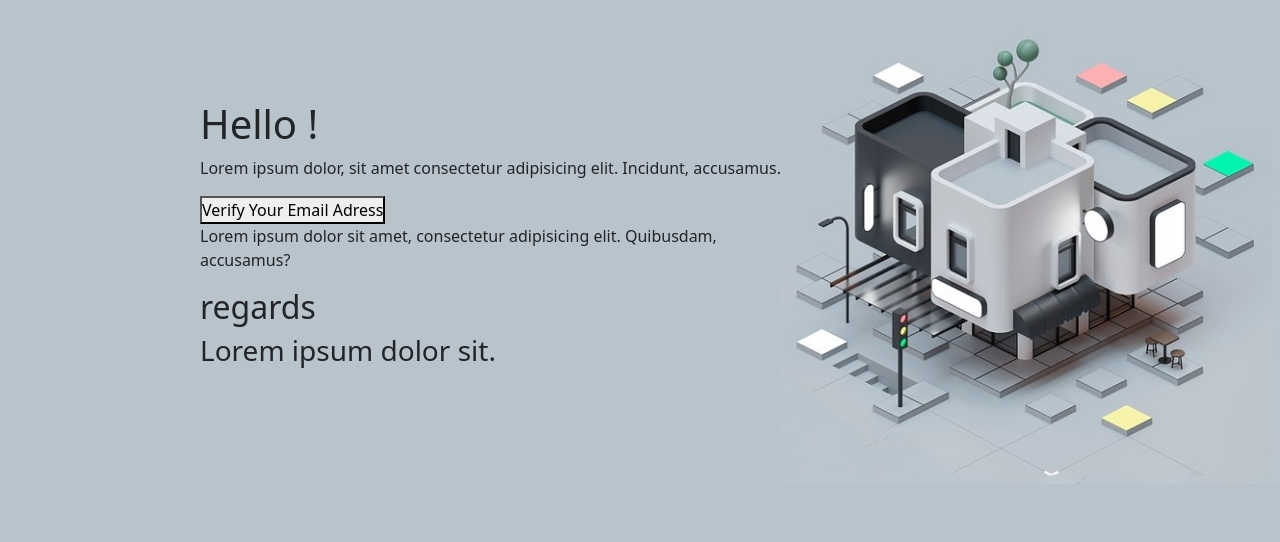
Repository: Aayush919/taskui
Page: index.html
These files come from the project's save history. The page is drawn as it stood at one moment and after a run of saves; the edit follows.
The browser window is 1280 px wide. The pictures show the whole page.

Above is the page before, as saved 2024-01-12 12:42:40.

### index.html
<!doctype html>
<html lang="en">

<head>
    <meta charset="utf-8">
    <meta name="viewport" content="width=device-width, initial-scale=1">
    <title>Bootstrap demo</title>
    <link href="https://cdn.jsdelivr.net/npm/bootstrap@5.3.2/dist/css/bootstrap.min.css" rel="stylesheet"
        integrity="sha384-T3c6CoIi6uLrA9TneNEoa7RxnatzjcDSCmG1MXxSR1GAsXEV/Dwwykc2MPK8M2HN" crossorigin="anonymous">
        <link rel="stylesheet" href="style.css">
</head>

<body>



    <div class="custom-bg">
        <div class="right">
          <div class="top">
            <h1>Hello !</h1>
            <p>Lorem ipsum dolor, sit amet consectetur adipisicing elit. Incidunt, accusamus.</p>
            <button>Verify Your Email Adress</button>
            <p>Lorem ipsum dolor sit amet, consectetur adipisicing elit. Quibusdam, accusamus?</p>
            <h2>regards</h2>
            <h3>Lorem ipsum dolor sit.</h3>
          </div>
        </div>
        <div class="left">
            <img src="./bg.jpg" alt="" class="img-fluid">
        </div>
    </div>

    <script src="https://cdn.jsdelivr.net/npm/bootstrap@5.3.2/dist/js/bootstrap.bundle.min.js"
        integrity="sha384-C6RzsynM9kWDrMNeT87bh95OGNyZPhcTNXj1NW7RuBCsyN/o0jlpcV8Qyq46cDfL"
        crossorigin="anonymous"></script>
</body>

</html>

<!-- -->

### style.css
*{
margin: 0;
padding: 0;
box-sizing: border-box;
}


html,body{
    height: 100%;
    width: 100%;

}

.custom-bg{
    background-color:#B9C3CC;
    height: 100%;
    width: 100%;
    display: flex;
    justify-content: space-between;


}

@media(max-width:667px){
    .custom-bg{
        flex-direction: column;
    }
}


.custom-bg .left img{
    right: 0px;

}



.right .top{
        margin-top: 100px;
        margin-left: 200px;
}

After the next 2 saves:
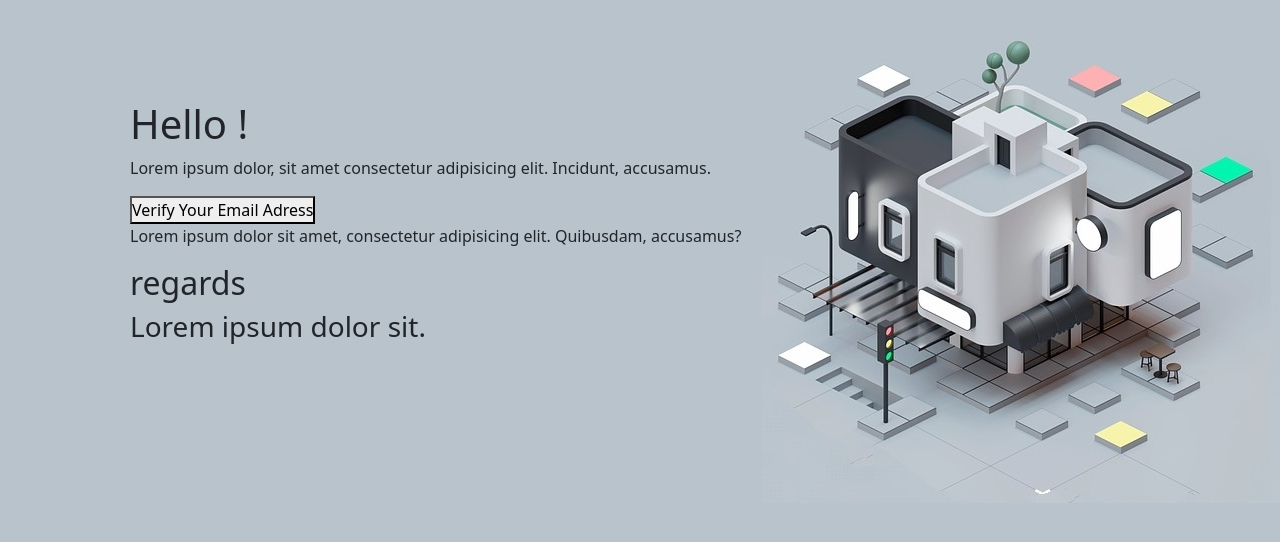
The 2 saves are shown as one change because they came seconds apart.
The last was saved 8 s later.
--- a/style.css
+++ b/style.css
@@ -37,5 +37,5 @@ html,body{
 
 .right .top{
         margin-top: 100px;
-        margin-left: 200px;
+        margin-left: 130px;
 }
